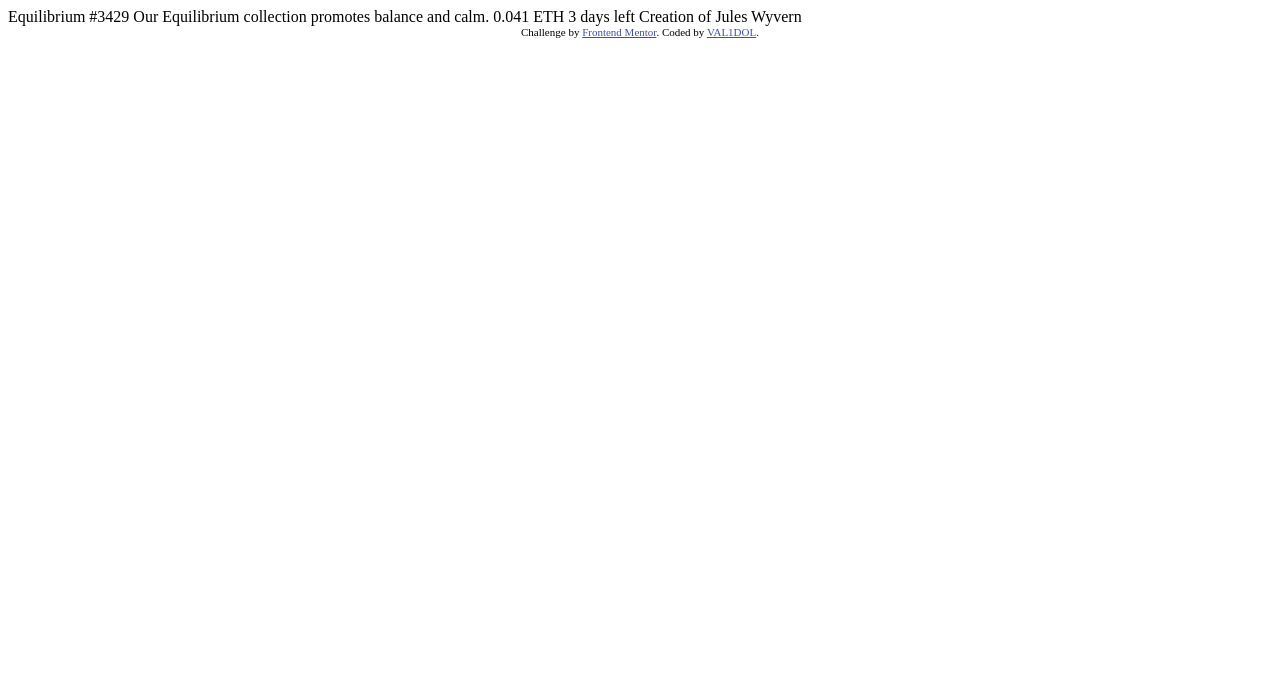
Repository: VAL1DOL-web/fm-NFT-preview-card-component
Page: index.html
An editor plug-in stored every save of this project. The page is shown before and after the next save, followed by the edit.
The browser window is 1280 px wide. The pictures show the whole page.

Above is the page before, as saved 2024-01-07 14:52:43.

### index.html
<!DOCTYPE html>
<html lang="en">
<head>
  <meta charset="UTF-8">
  <meta name="viewport" content="width=device-width, initial-scale=1.0"> <!-- displays site properly based on user's device -->

  <link rel="icon" type="image/png" sizes="32x32" href="./images/favicon-32x32.png">
  <link rel="stylesheet" href="style.css">

  <title>NFT preview card component</title>

  <!-- Feel free to remove these styles or customise in your own stylesheet 👍 -->
  <style>
    .attribution { font-size: 11px; text-align: center; }
    .attribution a { color: hsl(228, 45%, 44%); }
  </style>
</head>
<body>

  Equilibrium #3429

  Our Equilibrium collection promotes balance and calm.

  0.041 ETH
  3 days left

  Creation of Jules Wyvern

  <div class="attribution">
    Challenge by <a href="https://www.frontendmentor.io?ref=challenge" target="_blank">Frontend Mentor</a>.
    Coded by <a href="https://github.com/VAL1DOL-web">VAL1DOL</a>.
  </div>
</body>
</html>

Loaded but not shown: style.css (no stored copy; drawn as an empty file)

After the next save:
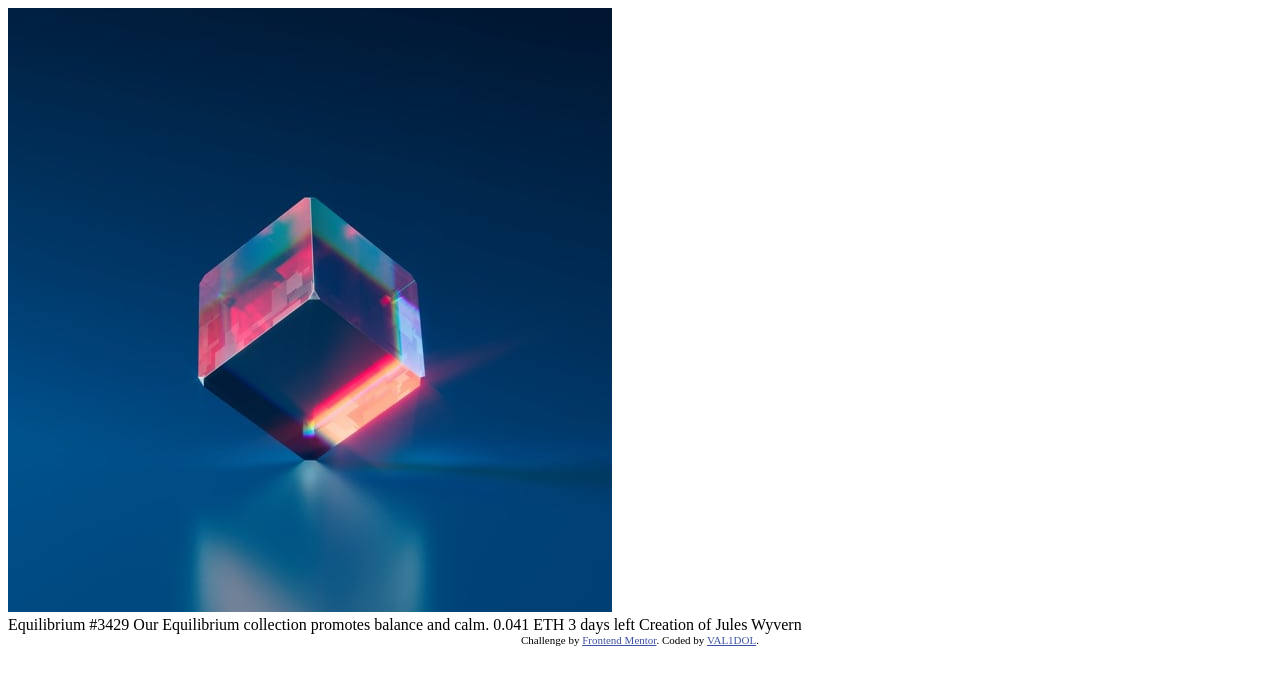
Saved 46 s later.
--- a/index.html
+++ b/index.html
@@ -16,6 +16,9 @@
   </style>
 </head>
 <body>
+  <div class="container">
+    <img src="images/image-equilibrium.jpg" alt="">
+  </div>
 
   Equilibrium #3429
 
